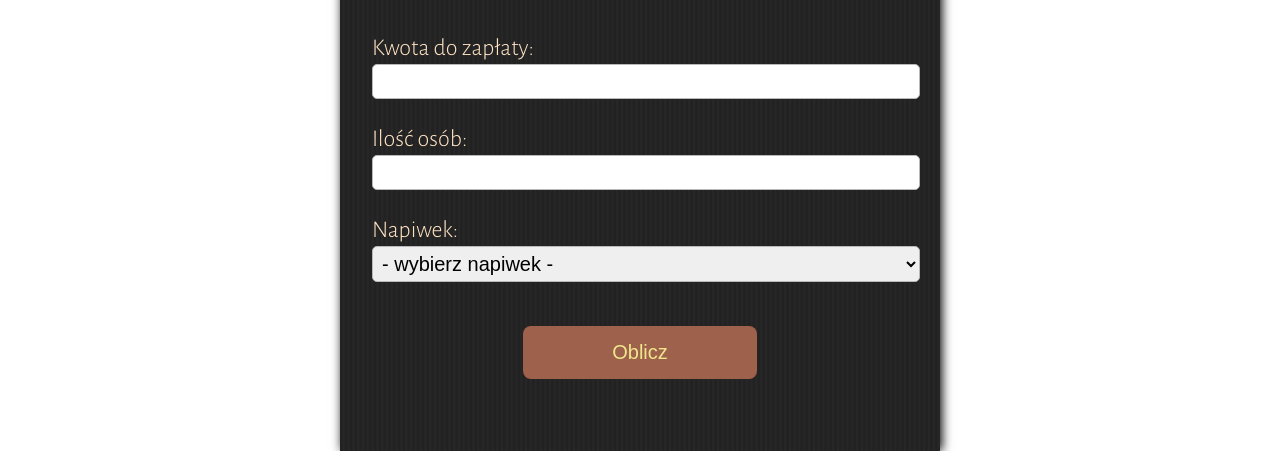
Repository: KrzysKolo/Projekt-2_Rachunek
Page: index.html
These files come from the project's save history. The page is drawn as it stood at one moment and after the next save; the edit follows.
The browser window is 1280 px wide. The pictures show the part of the page from y = 314 to 765 px (the page is 765 px tall before and 755 px after).
Some web fonts or font styles are not loaded; a fallback is used.

Above is the page before, as saved 2020-07-03 15:20:42.

After the next save:
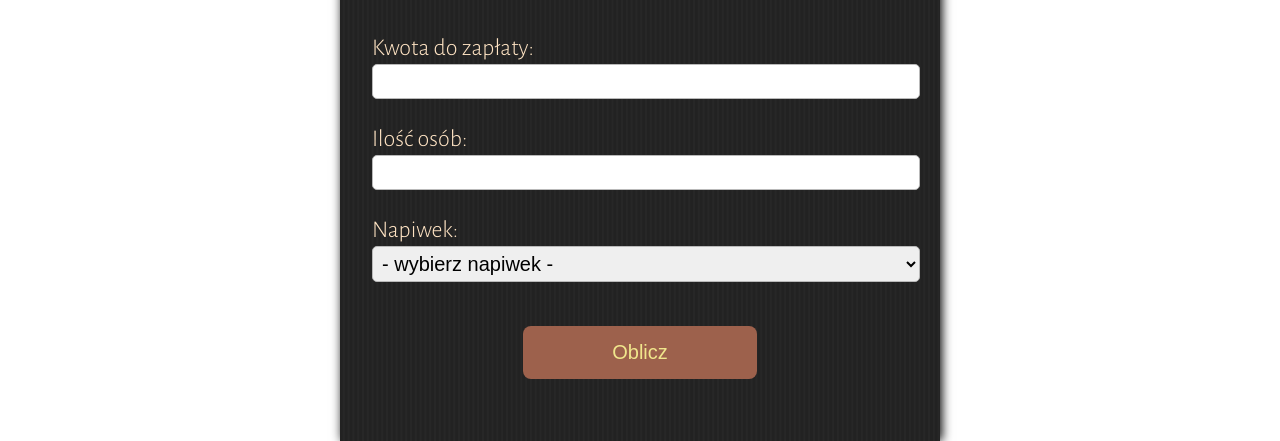
Saved 5 min 58 s later.
--- a/css/style.css
+++ b/css/style.css
@@ -104,7 +104,7 @@ body {
 .article__error {
   color: red;
   text-align: center;
-  padding: 10px;
+  padding-top: 10px;
 }
 /*
 .rotate-hor-center {
